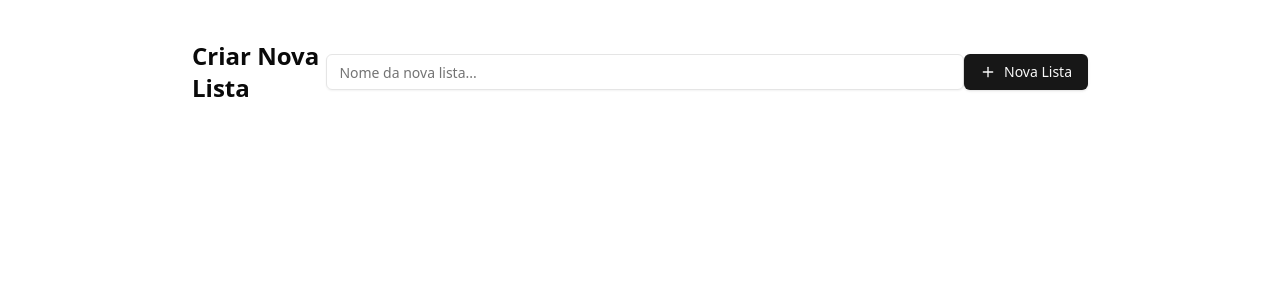
Repository: ribeirosacarlos/ts-frontend
Page: /
An editor plug-in stored every save of this project. The page is shown before and after the next save, followed by the edit.
The browser window is 1280 px wide. The pictures show the whole page.
The page's requests for data from a server got no answer. The project was rebuilt for these pictures with package versions that can differ from the ones it lists, and the page was loaded fresh each time. No one was signed in, and anything a server would have sent is missing. Also part of the build but not shown: vite.config.ts, src/components/ui/checkbox.tsx, src/components/ui/card.tsx.

Above is the page before, as saved 2025-05-15 15:52:05.

### src/App.tsx
import { useEffect, useState } from 'react'
import { Input } from "@/components/ui/input";
import { Button } from "@/components/ui/button";
import { Checkbox } from "@/components/ui/checkbox";
import { Card, CardContent } from "@/components/ui/card";
import { Trash2, Plus } from "lucide-react";

type Task = {
  id: number;
  to_do_list_id: number;
  description: string;
  is_completed: number;
  created_at: string;
  updated_at: string;
}

type TodoList = {
  id: number;
  name: string;
  created_at: string;
  updated_at: string;
  tasks: Task[];
}

function App() {
  const [todoLists, setTodoLists] = useState<TodoList[]>([]);
  const [newTasks, setNewTasks] = useState<{ [key: number]: string }>({});
  const [newListName, setNewListName] = useState("");

  useEffect(() => {
    fetchTodoLists();
  }, []);

  const fetchTodoLists = async () => {
    try {
      const response = await fetch("http://localhost:8080/api/to-do-lists");
      const data = await response.json();
      setTodoLists(data);
    } catch (error) {
      console.error("Erro ao buscar listas:", error);
    }
  };

  const createNewList = async () => {
    if (!newListName.trim()) return;

    try {
      await fetch("http://localhost:8080/api/to-do-lists", {
        method: "POST",
        headers: { "Content-Type": "application/json" },
        body: JSON.stringify({ name: newListName }),
      });
      setNewListName("");
      fetchTodoLists();
    } catch (error) {
      console.error("Erro ao criar lista:", error);
    }
  };

  const deleteList = async (listId: number) => {
    try {
      await fetch(`http://localhost:8080/api/to-do-lists/${listId}`, {
        method: "DELETE",
      });
      fetchTodoLists();
    } catch (error) {
      console.error("Erro ao excluir lista:", error);
    }
  };

  const createTask = async (listId: number) => {
    const taskDescription = newTasks[listId];
    if (!taskDescription?.trim()) return;

    try {
      await fetch("http://localhost:8080/api/tasks", {
        method: "POST",
        headers: { "Content-Type": "application/json" },
        body: JSON.stringify({
          description: taskDescription,
          to_do_list_id: listId
        }),
      });
      setNewTasks(prev => ({ ...prev, [listId]: "" }));
      fetchTodoLists();
    } catch (error) {
      console.error("Erro ao criar tarefa:", error);
    }
  };

  const toggleTask = async (task: Task) => {
    try {
      await fetch(`http://localhost:3333/tasks/${task.id}`, {
        method: "PUT",
        headers: { "Content-Type": "application/json" },
        body: JSON.stringify({
          is_completed: task.is_completed ? 0 : 1,
        }),
      });
      fetchTodoLists();
    } catch (error) {
      console.error("Erro ao atualizar tarefa:", error);
    }
  };

  const deleteTask = async (taskId: number) => {
    try {
      await fetch(`http://localhost:8080/api/tasks/${taskId}`, {
        method: "DELETE",
      });
      fetchTodoLists();
    } catch (error) {
      console.error("Erro ao excluir tarefa:", error);
    }
  };

  return (
    <div className="max-w-4xl mx-auto mt-10 space-y-8">
      <div className="flex items-center justify-between">
        <h2 className="text-2xl font-bold">Criar Nova Lista</h2>
        <Input
          placeholder="Nome da nova lista..."
          value={newListName}
          onChange={(e: React.ChangeEvent<HTMLInputElement>) => setNewListName(e.target.value)}
          onKeyDown={(e: React.KeyboardEvent<HTMLInputElement>) => {
            if (e.key === "Enter") createNewList();
          }}
        />
        <Button onClick={createNewList} className="flex items-center gap-2">
          <Plus className="h-4 w-4" />
          Nova Lista
        </Button>
      </div>

      {todoLists.map((list) => (
        <div key={list.id} className="space-y-4">
          <div className="flex items-center justify-between">
            <h2 className="text-2xl font-bold">{list.name}</h2>
            <Button
              variant="ghost"
              size="icon"
              className="h-8 w-8"
              onClick={() => deleteList(list.id)}
            >
              <Trash2 className="h-4 w-4" />
            </Button>
          </div>

          <div className="flex gap-2">
            <Input
              placeholder="Digite uma nova tarefa..."
              value={newTasks[list.id] || ""}
              onChange={(e: React.ChangeEvent<HTMLInputElement>) =>
                setNewTasks(prev => ({ ...prev, [list.id]: e.target.value }))
              }
              onKeyDown={(e: React.KeyboardEvent<HTMLInputElement>) => {
                if (e.key === "Enter") createTask(list.id);
              }}
            />
            <Button onClick={() => createTask(list.id)}>Adicionar</Button>
          </div>

          <div className="space-y-2">
            {list.tasks.map((task) => (
              <Card key={task.id}>
                <CardContent className="flex items-center justify-between p-4">
                  <div className="flex items-center gap-2">
                    <Checkbox
                      checked={task.is_completed === 1}
                      onCheckedChange={() => toggleTask(task)}
                    />
                    <span
                      className={`${
                        task.is_completed === 1 ? "line-through text-gray-400" : ""
                      }`}
                    >
                      {task.description}
                    </span>
                  </div>
                  <Button
                    variant="ghost"
                    size="icon"
                    className="h-8 w-8"
                    onClick={() => deleteTask(task.id)}
                  >
                    <Trash2 className="h-4 w-4" />
                  </Button>
                </CardContent>
              </Card>
            ))}
          </div>
        </div>
      ))}
    </div>
  );
}

export default App

### src/components/ui/input.tsx
import * as React from "react"

import { cn } from "@/lib/utils"

const Input = React.forwardRef<HTMLInputElement, React.ComponentProps<"input">>(
  ({ className, type, ...props }, ref) => {
    return (
      <input
        type={type}
        className={cn(
          "flex h-9 w-full rounded-md border border-input bg-transparent px-3 py-1 text-base shadow-sm transition-colors file:border-0 file:bg-transparent file:text-sm file:font-medium file:text-foreground placeholder:text-muted-foreground focus-visible:outline-none focus-visible:ring-1 focus-visible:ring-ring disabled:cursor-not-allowed disabled:opacity-50 md:text-sm",
          className
        )}
        ref={ref}
        {...props}
      />
    )
  }
)
Input.displayName = "Input"

export { Input }

### src/components/ui/button.tsx
import * as React from "react"
import { Slot } from "@radix-ui/react-slot"
import { cva, type VariantProps } from "class-variance-authority"

import { cn } from "@/lib/utils"

const buttonVariants = cva(
  "inline-flex items-center justify-center gap-2 whitespace-nowrap rounded-md text-sm font-medium transition-colors focus-visible:outline-none focus-visible:ring-1 focus-visible:ring-ring disabled:pointer-events-none disabled:opacity-50 [&_svg]:pointer-events-none [&_svg]:size-4 [&_svg]:shrink-0",
  {
    variants: {
      variant: {
        default:
          "bg-primary text-primary-foreground shadow hover:bg-primary/90",
        destructive:
          "bg-destructive text-destructive-foreground shadow-sm hover:bg-destructive/90",
        outline:
          "border border-input bg-background shadow-sm hover:bg-accent hover:text-accent-foreground",
        secondary:
          "bg-secondary text-secondary-foreground shadow-sm hover:bg-secondary/80",
        ghost: "hover:bg-accent hover:text-accent-foreground",
        link: "text-primary underline-offset-4 hover:underline",
      },
      size: {
        default: "h-9 px-4 py-2",
        sm: "h-8 rounded-md px-3 text-xs",
        lg: "h-10 rounded-md px-8",
        icon: "h-9 w-9",
      },
    },
    defaultVariants: {
      variant: "default",
      size: "default",
    },
  }
)

export interface ButtonProps
  extends React.ButtonHTMLAttributes<HTMLButtonElement>,
    VariantProps<typeof buttonVariants> {
  asChild?: boolean
}

const Button = React.forwardRef<HTMLButtonElement, ButtonProps>(
  ({ className, variant, size, asChild = false, ...props }, ref) => {
    const Comp = asChild ? Slot : "button"
    return (
      <Comp
        className={cn(buttonVariants({ variant, size, className }))}
        ref={ref}
        {...props}
      />
    )
  }
)
Button.displayName = "Button"

export { Button, buttonVariants }

Loaded but not shown: index.html (common file); src/main.tsx (common file); src/index.css (common file); src/lib/utils.ts (common file); tailwind.config.js (common file)

After the next save:
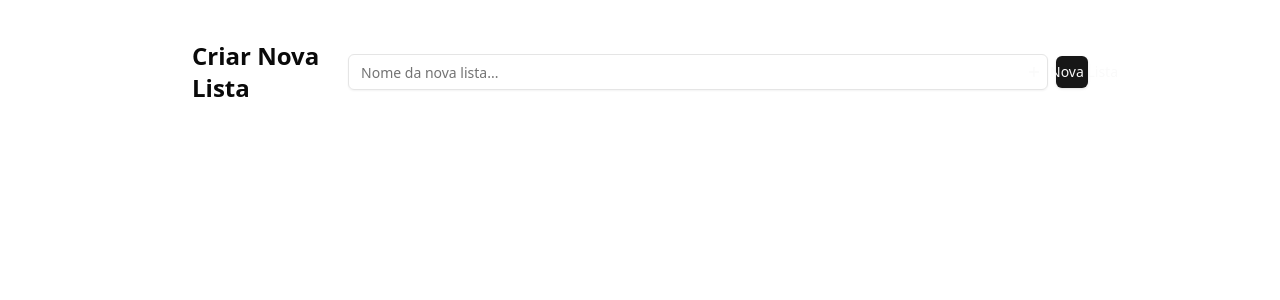
Saved 15 s later.
--- a/src/App.tsx
+++ b/src/App.tsx
@@ -116,7 +116,7 @@ function App() {
 
   return (
     <div className="max-w-4xl mx-auto mt-10 space-y-8">
-      <div className="flex items-center justify-between">
+      <div className="flex gap-2 mb-8 items-center justify-between">
         <h2 className="text-2xl font-bold">Criar Nova Lista</h2>
         <Input
           placeholder="Nome da nova lista..."
@@ -126,7 +126,7 @@ function App() {
             if (e.key === "Enter") createNewList();
           }}
         />
-        <Button onClick={createNewList} className="flex items-center gap-2">
+        <Button onClick={createNewList} className="h-8 w-8">
           <Plus className="h-4 w-4" />
           Nova Lista
         </Button>
